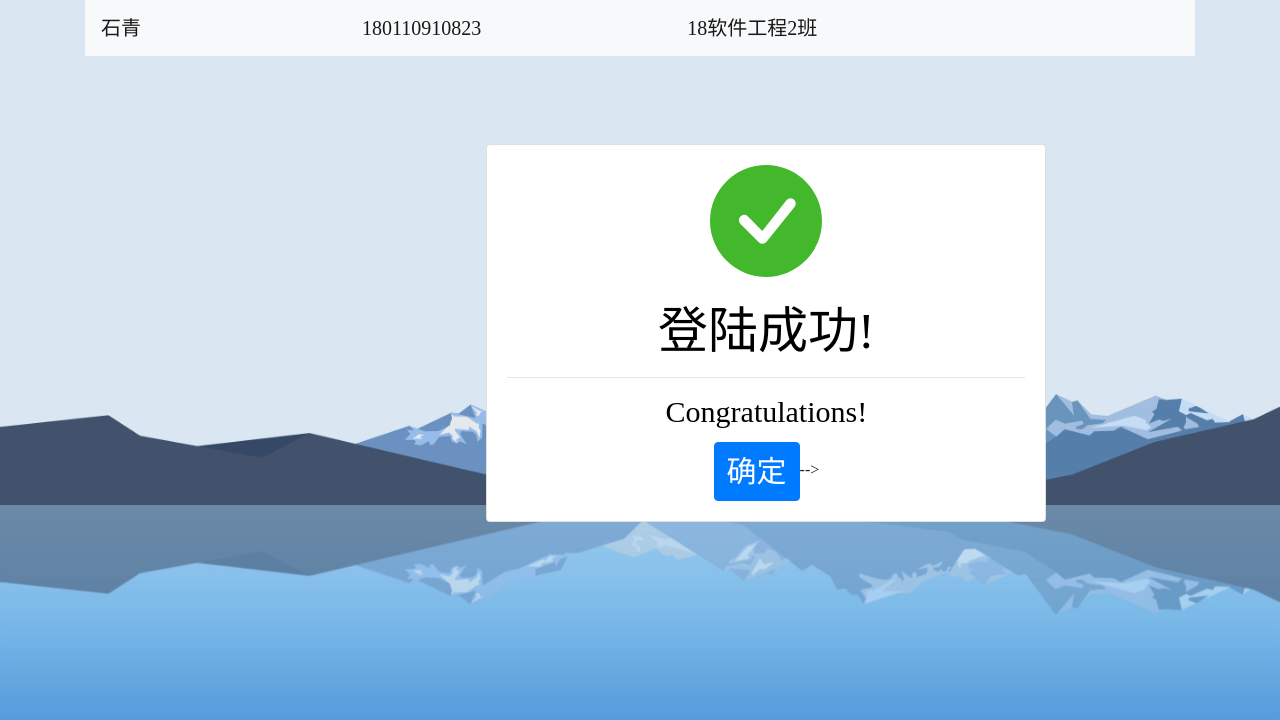
Repository: sqsssq/JavaWeb
Page: class1/IDEA/web/successful.html
These files come from the project's save history. The page is drawn as it stood at one moment and after the next save; the edit follows.
The browser window is 1280 px wide. The pictures show the whole page.

Above is the page before, as saved 2020-09-25 01:05:02.

After the next save:
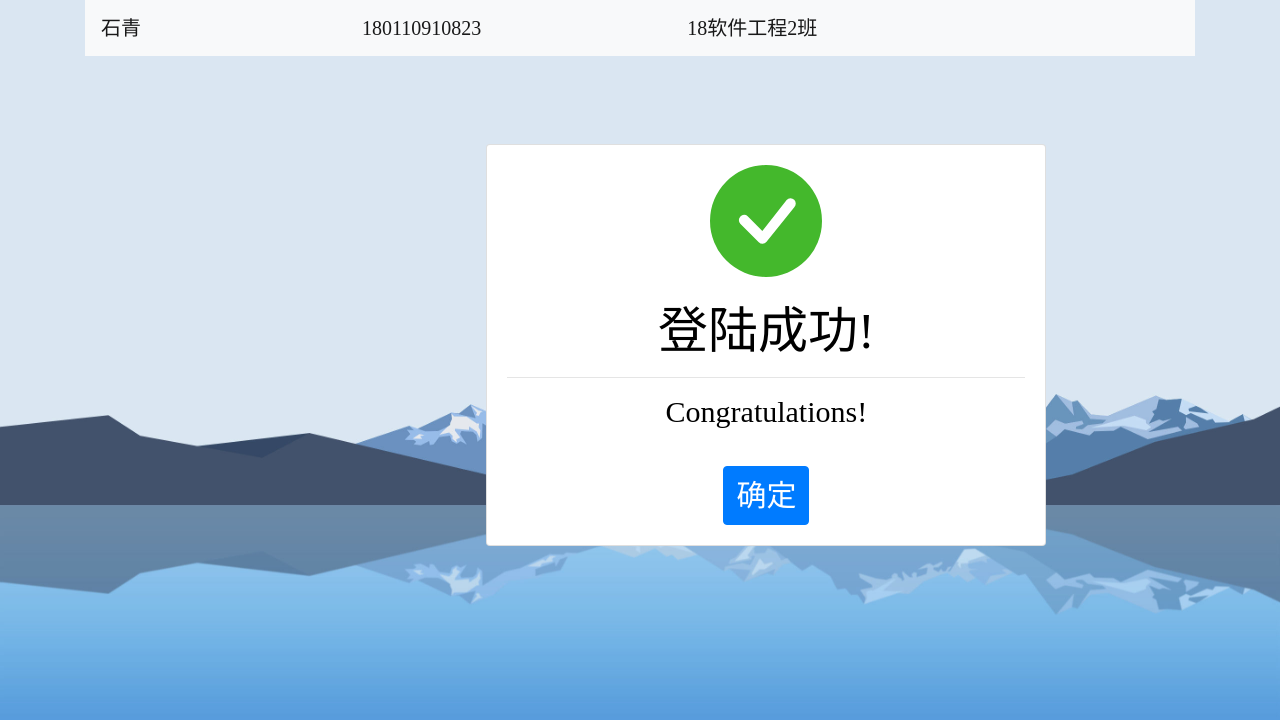
Saved 14 s later.
--- a/class1/IDEA/web/successful.html
+++ b/class1/IDEA/web/successful.html
@@ -67,7 +67,8 @@
                     <h3 class="card-title" style="color: black; font-size: 50px;">登陆成功!</h3>
                     <hr>
                     <h3 class="card-title" style="color: black; font-size: 30px;">Congratulations!</h3>
-                    <input class="btn btn-primary" value="确定" id="btn1" type="submit" style="font-size: 30px;>
+                    <br>
+                    <input class="btn btn-primary" value="确定" id="btn1" type="submit" style="font-size: 30px;">
                     <!--            <input  class="btn btn-success" value="注册" id="btn2" type="submit">-->
                     <!--            <button class="btn btn-block" id="btn">登陆</button>-->
                 </div>
